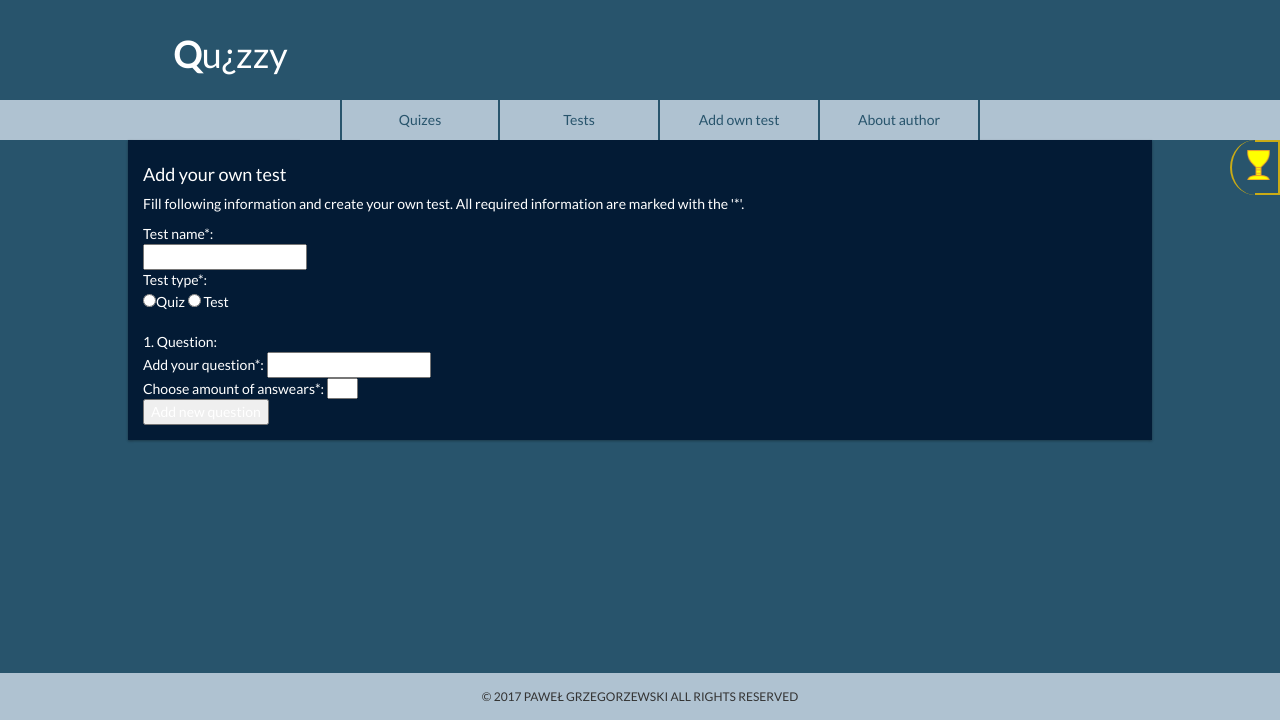
Repository: pgrzegorzewski/quiz
Page: http://localhost/app/add_test.php
An editor plug-in stored every save of this project. The page is shown before and after the next save, followed by the edit.
The browser window is 1280 px wide. The pictures show the whole page.
Some web libraries are served in a nearby version. The page is run by PHP 8.4 with error messages shown; the project is at /var/www/html/.

Above is the page before, as saved 2017-09-17 17:01:33.

### htdocs/app/learningapp/app/add_test.php
<!DOCTYPE html>
<html>
<head>
	<meta name="viewport" content="width=device-width, initial-scale=1.0">
	<meta http-equiv="content-type" content="text/html; charset=utf-8">
	<meta charset="utf-8">
	<link rel="stylesheet" href="https://maxcdn.bootstrapcdn.com/bootstrap/3.3.7/css/bootstrap.min.css">
	<script src="https://ajax.googleapis.com/ajax/libs/jquery/3.1.1/jquery.min.js"></script>
	<script src="https://maxcdn.bootstrapcdn.com/bootstrap/3.3.7/js/bootstrap.min.js"></script>
	<link href="https://fonts.googleapis.com/css?family=Lato" rel="stylesheet">
	<link rel="StyleSheet" href="../css/index.css" />
	<link rel="StyleSheet" href="../css/question.css" />
	<link rel="StyleSheet" href="../css/side_menu_leaderboard.css" />
	<script type="text/javascript" src="../js/question.js"></script>
	<script type="text/javascript" src="../js/add_test.js"></script>
	<script type="text/javascript" src="../js/side_menu_leaderboard.js"></script>
</head>

<body>

<div class="container-fluid">

	<div class= "sidemenu_2">

	</div>
	<div class= "sidemenu">
		<p style="cursor:pointer"><img src = "../resources/img/trophy.png" height = "50px" onmouseover="openLeaderboard()"/></p> <!-- &#9776; -->
	</div>
	<div id = 'leaderboard' class = 'leaderboard' onmouseleave = "closeLeaderboard()" >
		<a href = "javascript:void(0)" class = "closebtn" onclick = "closeLeaderboard()">&times;</a>
		test 1000pts;
	</div>


	<header class ="header">
		<h1 id="title"><a href ="index.php"><b>Q</b>u¿zzy</a></h1>
	</header>

	<div class="nav">
		<ol>
			<li>
				<a href ='quiz.php'>Quizes</a>
			</li>
			<li>
				<a href ='#'>Tests</a>
				<ul>
					<li><a href="#">Personality</a></li>
					<li><a href="#">Cultural</a></li>
					<li><a href="#">Science</a></li>
					<li><a href="entertaining_test.php">Entertaining</a></li>
				</ul>
			</li>
			<li>
				<a href="#" id = "visited">Add own test</a>
			</li>
			<li>
				<a href ='#'>About author</a>
			</li>
		</ol>
	</div>

	<section class = "section">
		<div id ="welcome_div">
			<h4>Add your own test</h4>
			<div id = "add_test_container">
				<p>Fill following information and create your own test. All required information are marked with the '*'.</p>
				<form>
				  Test name*:<br>
				  <input class = "testGeneralInformation" id = "testName" type ="text" name ="test_name"><br>
				  Test type*:<br>
				  <input type ="radio" name ="testTypeChoose" value = "quiz">Quiz
				  <input type ="radio" name ="testTypeChoose" value ="test"> Test
				</form><br>
				<div id = "question_container">
					<div class = 'new_question_div'>
						<form class = "newQuestion" id = '1'>
						1. Question:<br>
						Add your question*:
						<input class = "testGeneralInformation" type = "text" name = "question"><br>
						Choose amount of answears*:
						<select id = "selectAnswears1" name="answears_amount"  onchange="addAnswears(this)">
							  <option value="2">2</option>
							  <option value="3">3</option>
							  <option value="4">4</option>
						</select>
						<div id = "question_answears_container_1"></div>
						<input class = "nextQuestionAdd" id = '1' type = "button" value = "Add new question" onclick = "addNewQuestion(this)">
						</form>
					</div>
				</div>
			</div>
		</div>

	</section>
	<div class="footer">
		© 2017 PAWEŁ GRZEGORZEWSKI ALL RIGHTS RESERVED
	</div>
</div>


<script type="text/template" id="questionTemplate">
    <br>
	<div class = 'new_question_div'>
		<form class = "newQuestion" id = "{{id}}">
		{{id}} . Question:<br>
		Add your question*:
		<input class = "testGeneralInformation" type = "text" name = "question"><br>
			Choose amount of answears*:
			<select id = 'selectAnswears{{id}}' name="answears_amount" onchange="addAnswears(this)">
				  <option value="2">2</option>
				  <option value="3">3</option>
				  <option value="4">4</option>
			</select>
			<div id = "question_answears_container_{{id}}"></div>
				<input class = "nextQuestionAdd" id = "{{id}}" type = "button" value = "Add new question" onclick = "addNewQuestion(this)">
		</form>
	</div>
</script>


<script type="text/template" id="questionAnswearsTemplate">
    <br>
	<table>
		<tr>
			<td class = 'questionAnswear{{id}} id = 'answear{{id}}A' hidden = true>A<br/><input class = "question_answear_input" type = "text" name = "answear{{id}}A"></td>
			<td class = 'questionAnswear{{id}} id = 'answear{{id}}B' hidden = true>B<br/><input class = "question_answear_input" type = "text" name = "answear{{id}}B"></td>
			<td class = 'questionAnswear{{id}} id = 'answear{{id}}C' hidden = true>C<br/><input class = "question_answear_input" type = "text" name = "answear{{id}}C"></td>
			<td class = 'questionAnswear{{id}} id = 'answear{{id}}D' hidden = true>D<br/><input class = "question_answear_input" type = "text" name = "answear{{id}}D"></td>
		</tr>
	</table>
</script>


</body>
</html>


<?php
	$answearAmount = 2;

	function setAnswearAmount($value){
		$answearAmount = $value;
	}
?>

### htdocs/app/learningapp/css/index.css

.container-fluid
{
	min-height: 100%;
	background-color:#28546C;
	width:100%;
	font-family: 'Lato', sans-serif;
	margin: 0;
	padding:0;
}

h1 > a
{
	text-decoration:none;
	color: white;
}

h1 > a:hover
{
	text-decoration:none;
	color: white;
}

h1 > a:active
{
	text-decoration:none;
	color: white;
}

img{
	padding:10px;
}

#img2{
	padding:3px;
	padding-bottom:12px;
}

html {
    font-family: "Lucida Sans", sans-serif;
    background-color:#28546C;
}

h1, h2, h3 ,h4{
	color: white;
	text-align:ceter;
}

#title{
	margin-left:30px;
}

body
{
	height:100%;
	padding-bottom:60px;
	background-color:#28546C;
	margin:0 !important;

}


.title {
	text-align:center;
}

.buttons_next_prev{
	text-align:center;
}


.header {
	width:80%;
	margin:0 auto;
    background-color: #28546C;
    color: #ffffff;
    padding: 15px;
	text-decoration: none;

}

.menu_header {
	width:80%;
    background-color: #CCCCCC;
    padding: 10px;
    color: white;
    text-align: center;
    font-size: 14px;
    box-shadow: 0 1px 3px rgba(0,0,0,0.12), 0 1px 2px rgba(0,0,0,0.24);
	width:auto;
}


.section{

	width: 80%;
	margin:0 auto;
	background-color: #031B35;
    padding: 15px;
    color: white;
    text-align: justify;
    font-size: 14px;
    box-shadow: 0 1px 3px rgba(0,0,0,0.12), 0 1px 2px rgba(0,0,0,0.24);
}

td
{
	padding-right:12px;
}


.canvas{

	 width: 500px;
	 height: 300px;
	 color: #FFFFFF;
}

.nav {
	width:100%;
	background-color:#AFC2D1;
	text-align: center;

}

.nav ol
{
	margin:0;
	background-color:#AFC2D1;
	list-style:none;
	line-height: 200%;
	display:inline-block;
	vertical-align:middle;
	height:40px;
	width:680px;
}


ol a
{
	color: #28546C;
	text-decoration:none;
	display:block;
	height:40px;
	padding:6px;
	vertical-align: middle;
	text-align: center;
	z-index:200;
}

ol > li
{
	list-style:none;
	width: 160px;
	color: #28546C;
	background-color:#AFC2D1;
	border-right:2px solid #28546C;
	float:left;
	display: table-cell;

}

ol > li:hover
{
	background-color:#CAAB15;

}

ol > li a:hover
{
	color:white;
	border: 1px solid white;
}

ol > li:hover > ul
{
	display:block;
}

ol > li:hover > a
{
	color:white;
	border: 1px solid white;
}


ol > li:first-child
{
	border-left:2px solid #28546C;
}

ol > li > ul
{
	display: none;
	position: relative;
	z-index: auto;
	list-style-type: none;
	padding:0;
	margin:0 auto;
}

ol > li > ul > li
{
	border-top: 2px solid #28546C;
	background-color: #AFC2D1;

}

ol > li > ul > li > a
{
	width: 160px;
}

ol > li > ul > li:hover
{
	background-color:#CAAB15;
}

ol > li > ul > li > a:hover
{
	color:white;
	border: 1px solid white;
}

.section a:link, a:visited {

    background-color: #CCCCCC;
	padding: 3px;
	width: 50px;
    text-decoration: none;
}


.section a:hover, a:active {
    background-color: #999999;
	color: white;
}

.answear_header
{
	height:76px;
}

.answear_img
{
	margin-left:120px;
	float: left;
	height: 50px;

}
.answear
{
 	display: table;
	float: left;
	height:50px;
}


.answear > p
{
 	display: table-cell;
	vertical-align: middle;
}


.footer {
    background-color: #AFC2D1;
    font-size: 12px;
    padding: 15px;
    bottom: 0;
    position : fixed;
    width: 100%;
    text-align:center;

}

.submenu{
	display:none;
}



@media only screen and (min-width: 768px) and (max-width: 922px) {
    .col-m-1 {width: 8.33%;}
    .col-m-2 {width: 16.66%;}
    .col-m-3 {width: 25%;}
    .col-m-4 {width: 33.33%;}
    .col-m-5 {width: 41.66%;}
    .col-m-6 {width: 50%;}
    .col-m-7 {width: 58.33%;}
    .col-m-8 {width: 66.66%;}
    .col-m-9 {width: 75%;}
    .col-m-10 {width: 83.33%;}
    .col-m-11 {width: 91.66%;}
    .col-m-12 {width: 100%;}
}

@media only screen and (min-width: 922px) and (max-width: 1200px) {
    .col-1 {width: 8.33%;}
    .col-2 {width: 16.66%;}
    .col-3 {width: 25%;}
    .col-4 {width: 33.33%;}
    .col-5 {width: 41.66%;}
    .col-6 {width: 50%;}
    .col-7 {width: 58.33%;}
    .col-8 {width: 66.66%;}
    .col-9 {width: 75%;}
    .col-10 {width: 83.33%;}
    .col-11 {width: 91.66%;}
    .col-12 {width: 100%;}
}

@media only screen and (min-width: 1200px){
    .col-1 {width: 8.33%;}
    .col-2 {width: 16.66%;}
    .col-3 {width: 25%;}
    .col-4 {width: 33.33%;}
    .col-5 {width: 41.66%;}
    .col-6 {width: 50%;}
    .col-7 {width: 58.33%;}
    .col-8 {width: 66.66%;}
    .col-9 {width: 75%;}
    .col-10 {width: 83.33%;}
    .col-11 {width: 91.66%;}
    .col-12 {width: 100%;}
}

### htdocs/app/learningapp/css/question.css
#question
{
	text-align: center;

}


#question button{
	min-width: 50px;
	text-align: center;
}

#question th{
	min-width: 50px;
	text-align: center;
}

td, th > #question{
	min-width: 90px;
	padding:10px;
	text-align: center;
}

### htdocs/app/learningapp/css/side_menu_leaderboard.css
.leaderboard
{
	height:40%;
	width:0;
	position: fixed;
	z-index: 250;
	top: 140px;
	right: 0;
	border:0px solid #CAAB15;
	background-color:#AFC2D1;
	overflow-x: hidden;
	transition: 0.5s;
	padding-top: 60px;
	hidden:true;
	text-align:center;
}

.leaderboard .closebtn{
	position: absolute;
	top: 0;
	right:5px;
	font-size: 25px;
	margin-right: 0px;
}

.sidemenu
{
	height:55px;
	width:50px;
	border-radius:100%;
	border-left:2px solid #CAAB15;
	position: fixed;
	z-index: 200;
	top: 140px;
	right: 0;
	font-size:20px;
	text-align:center;
}

.sidemenu_2
{
	height:55px;
	width:25px;
	position: fixed;
	z-index: 150;
	top: 140px;
	right: 0;
	border-bottom:2px solid #CAAB15;
	border-top:2px solid #CAAB15;
	border-right:2px solid #CAAB15;
}

### htdocs/app/learningapp/js/question.js
window.addEventListener("resize", answearPositionChange);
window.addEventListener("load", answearPositionChange);

var success_alerts = ["Yeah, You are right;)", "Great, You earn a point", "Wow! Amazing", "Point for You;)"];
var failure_alerts = ["Maybe next time will be better", "Nope, not this time:(", "Unfortunately not;/", "That s not Your day;/"];



function checkAnswear(button)
{
	var image = document.createElement("img");
	image.setAttribute("height", "50px");
	image.setAttribute("width", "50px");

	if(button.id == 1){
		image.setAttribute("src", "../resources/img/correct.png");
	}
	else{
		image.setAttribute("src", "../resources/img/error.png");
	}

	blockButtons();
	document.getElementById("answear").innerText = drawAnswearAlert(button.id);
	document.getElementById("answear_img").appendChild(image);
	/*if(window.innerWidth > 765)
	{
		image.setAttribute("align", "left");
		document.getElementById("answear_img").appendChild(image);
	}
	else
		document.getElementById("answear").appendChild(image);*/
	changeClassButton(button, button.id);

}

function drawAnswearAlert(answearType)
{
	if(answearType == 1)
		return success_alerts[Math.floor(Math.random() * success_alerts.length)];
	else
		return failure_alerts[Math.floor(Math.random() * failure_alerts.length)];

}

function changeClassButton(button, id)
{
	if(id == 1)
	{
		button.classList.remove('btn-info');
		button.classList.add('btn-success');
	}
	else
	{
		button.classList.remove('btn-info');
		button.classList.add('btn-danger');
	}

}

function blockButtons()
{
	$(".btn").attr("disabled", "disabled");
}



function answearPositionChange() {
	if(window.innerWidth < 765){
		$(".answear_header").height(20);
		//$("#answear").width($(".col-sm-6").width()-100);				//
		//$("#answear").css('text-align',  'center');
		//$("#answear > img").attr('align' ,'middle');
	}
	else
	{
		$(".answear_header").height(76);
	}
}

### htdocs/app/learningapp/js/add_test.js
function addNewQuestion(button)
{
	button.hidden = true;
	var id = Number(button.id) + 1;

	var questionTemplate = $("#questionTemplate").html();

	$("#question_container").append(questionTemplate.replace(/{{id}}/g, id));
}

function addAnswears(select)
{
	select.disabled = true;

	var id = select.id.slice(-1);
	console.log(id);

	var answearContainer = '#question_answears_container_' + id;
	console.log(answearContainer);

	var questionAnswearTemplate = $("#questionAnswearsTemplate").html();
	$(answearContainer).append(questionAnswearTemplate.replace(/{{id}}/g, id));

	var activeAnswears = select.options[select.selectedIndex].value;

	showAnswears(activeAnswears, id);


}

function showAnswears(activeAnswears, id)
{
	var classString = "questionAnswear" + id;

	var answears = document.getElementsByClassName("questionAnswear" + id);

	console.log(answears.length);
	for (i = 0; i < activeAnswears; i++) {
	    answears[i].hidden = false;
	}
}

### htdocs/app/learningapp/js/side_menu_leaderboard.js
function openLeaderboard()
{
	document.getElementById("leaderboard").style.width = "250px";
	document.getElementById("leaderboard").style.border = "2px solid #CAAB15";

}

function closeLeaderboard()
{
	document.getElementById("leaderboard").style.width = "0px";
	document.getElementById("leaderboard").style.border = "0px solid #CAAB15";
}

### htdocs/app/learningapp/css/add_test.css
.testGeneralInformation
{
	color:#28546C;
	background-color:#AFC2D1;

}

After the next save:
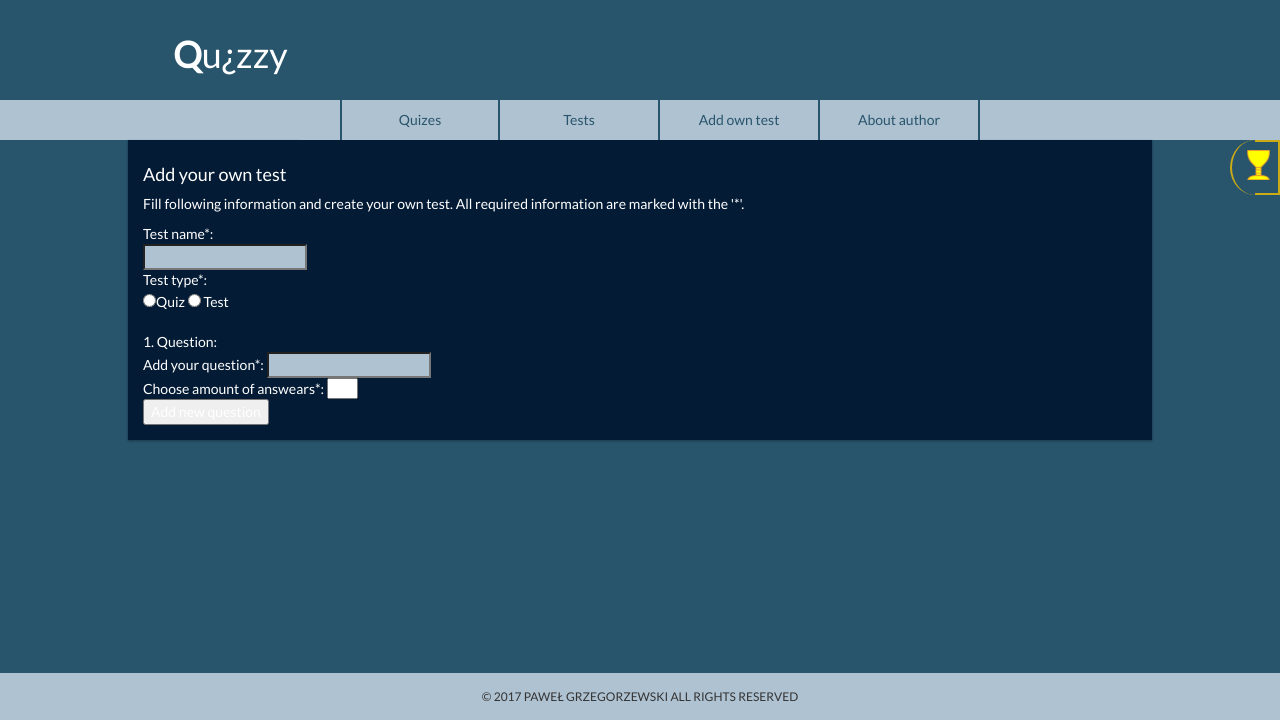
Saved 86 s later.
--- a/htdocs/app/learningapp/app/add_test.php
+++ b/htdocs/app/learningapp/app/add_test.php
@@ -10,6 +10,7 @@
 	<link href="https://fonts.googleapis.com/css?family=Lato" rel="stylesheet">
 	<link rel="StyleSheet" href="../css/index.css" />
 	<link rel="StyleSheet" href="../css/question.css" />
+	<link rel="StyleSheet" href="../css/add_test.css" />
 	<link rel="StyleSheet" href="../css/side_menu_leaderboard.css" />
 	<script type="text/javascript" src="../js/question.js"></script>
 	<script type="text/javascript" src="../js/add_test.js"></script>
